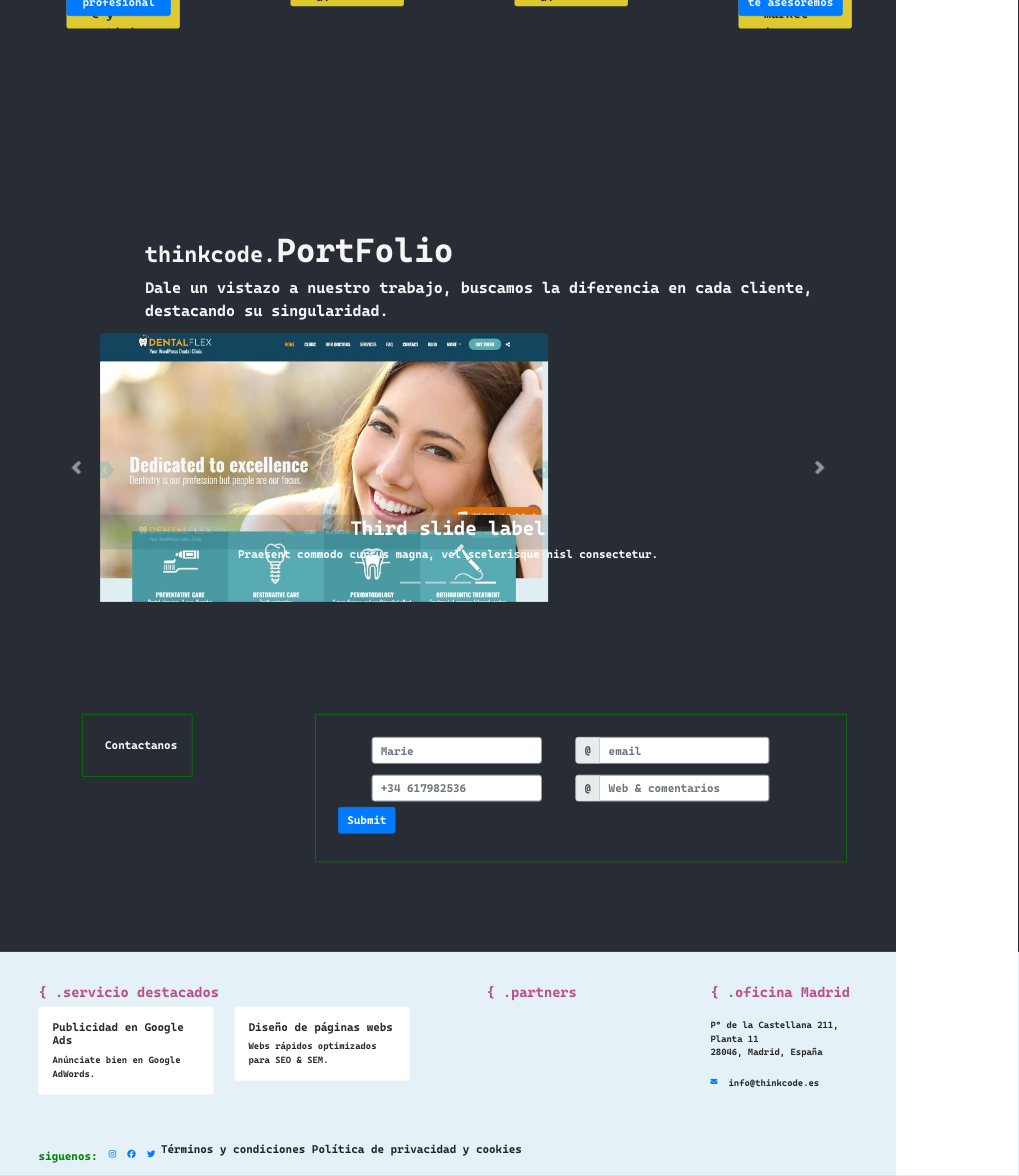
Repository: banchiec/thinkcode
Page: /
These files come from the project's save history. The page is drawn as it stood at one moment and after the next save; the edit follows.
The browser window is 1280 px wide. The page is 1455 px wide, so the pictures cover 1455 px, including what lies to the right of the window. The pictures show the part of the page from y = 1907 to 3587 px (the page is 3587 px tall), at 70% of full size.
Some web libraries are served in a nearby version. The project was rebuilt for these pictures with package versions that can differ from the ones it lists, and the page was loaded fresh each time. Also part of the build but not shown: src/components/MenuItems.js, src/components/Dropdownthink.css, src/components/Dropdownthink.js, src/components/pages/Consulting.js, src/components/pages/ContactUs.js, src/components/pages/Marketing.js, src/components/pages/Products.js, src/components/pages/Services.js and 1 more. Imported but missing from the stored project, and not drawn on this page: src/components/sliderInfo/SliderInfo.

Above is the page before, as saved 2020-11-30 14:56:34.

### public/index.html
<!DOCTYPE html>
<html lang="en">
  <head>
    <meta charset="utf-8" />
    <link rel="icon" href="%PUBLIC_URL%/favicon.ico" />
    <meta name="viewport" content="width=device-width, initial-scale=1" />
    <meta name="theme-color" content="#000000" />
    <meta
      name="description"
      content="Web site created using create-react-app"
    />
    <link rel="apple-touch-icon" href="%PUBLIC_URL%/logo192.png" />

    <!-- fontawesome -->
    <script src="https://kit.fontawesome.com/e7a02c1b14.js" crossorigin="anonymous"></script>
    <!-- jquery -->
    <script src="https://code.jquery.com/jquery-2-2.0.min.js"></script>
    <!--
      manifest.json provides metadata used when your web app is installed on a
      user's mobile device or desktop. See https://developers.google.com/web/fundamentals/web-app-manifest/
    -->
    <link rel="manifest" href="%PUBLIC_URL%/manifest.json" />
    <!--
      Notice the use of %PUBLIC_URL% in the tags above.
      It will be replaced with the URL of the `public` folder during the build.
      Only files inside the `public` folder can be referenced from the HTML.

      Unlike "/favicon.ico" or "favicon.ico", "%PUBLIC_URL%/favicon.ico" will
      work correctly both with client-side routing and a non-root public URL.
      Learn how to configure a non-root public URL by running `npm run build`.
    -->
    <title>React App</title>
  </head>
  <body>
    <noscript>You need to enable JavaScript to run this app.</noscript>
    <div id="root"></div>
    <!--
      This HTML file is a template.
      If you open it directly in the browser, you will see an empty page.

      You can add webfonts, meta tags, or analytics to this file.
      The build step will place the bundled scripts into the <body> tag.

      To begin the development, run `npm start` or `yarn start`.
      To create a production bundle, use `npm run build` or `yarn build`.
    -->


  </body>
</html>

### src/index.css
body {
  margin: 0;
  font-family: -apple-system, BlinkMacSystemFont, 'Segoe UI', 'Roboto', 'Oxygen',
    'Ubuntu', 'Cantarell', 'Fira Sans', 'Droid Sans', 'Helvetica Neue',
    sans-serif;
  -webkit-font-smoothing: antialiased;
  -moz-osx-font-smoothing: grayscale;
}

code {
  font-family: source-code-pro, Menlo, Monaco, Consolas, 'Courier New',
    monospace;
}
@font-face{
  font-family: 'CascadiaCode-Bold';
  src: local('CascadiaCode-Bold'), url(./fonts/CascadiaCode-Bold.ttf)
}

### src/App.js
import './App.css';
// import logo_thinkcode from './logo_thinkcode.png'
import React, {} from 'react'
import 'animate.css'
import Navbarthink from './components/Navbarthink'
import InfoSection from './components/infoSection/InfoSection'
import Pricing from './components/pricing/Pricing'
import Footer from './components/footer/Footer'
import Slide from './components/slide/Slide'
import FormContact from './components/forms/FormContact'
import {BrowserRouter as Router, Switch, Route} from 'react-router-dom'


// import Button  from 'react-bootstrap/Button'
// import 'bootstrap/dist/css/bootstrap.min.css'

// import {Navbar,Button, Nav , NavLink} from 'react-bootstrap'

import Consulting from './components/pages/Consulting'
import ContactUs from './components/pages/ContactUs'
import Home from './components/pages/Home'
import Marketing from './components/pages/Marketing'
import Products from './components/pages/Products'
import Services from './components/pages/Services'
import SignUp from './components/pages/SignUp'
// import InfoSection from './components/infoSection/InfoSection';

function App() {

  // const [click, setClick] = useState(false)
  // const [dropdown, setDropdown] = useState(false)




  return (
    <div className="App">
      <Router>
        <Navbarthink/>
        <Switch>
          <Route path='/consulting' exact component ={Consulting}></Route>
          <Route path='/contact-us' exact component ={ContactUs}></Route>
          <Route path='/' exact component ={Home}></Route>
          <Route path='/marketing' exact component ={Marketing}></Route>
          <Route path='/products' exact component ={Products}></Route>
          <Route path='/services' exact component ={Services}></Route>
          <Route path='/sign-up' exact component ={SignUp}></Route>
        </Switch>
        <InfoSection></InfoSection>
        <Pricing></Pricing>
        <Slide/>
        <FormContact></FormContact>
        <Footer/>
      </Router>

    </div>
  );
}

export default App;

### src/App.css
*{
  box-sizing: border-box;
  margin: 0;
  padding: 0;
  font-family: CascadiaCode-Bold;
  /* background: #282c34 ; */
  /* background: linear-gradient(90deg, rgb(76, 80, 88) 100%, rgb(8, 8, 9) 0%); */
}

.App {
  text-align: center;
  background: #282c34 ;
}

.App-logo {
  height: 40vmin;
  pointer-events: none;
}

.home, .services, .products,.contact-us,.sign-up, .marketing, .consulting{
  display: flex;
  height: 90vh;
  align-items: center;
  justify-content: center;
  font-size: 3rem;
}





@media (prefers-reduced-motion: no-preference) {
  .App-logo {
    animation: App-logo-spin infinite 20s linear;
  }
}

.App-header {
  background-color: #282c34;
  min-height: 100vh;
  display: flex;
  flex-direction: column;
  align-items: center;
  justify-content: center;
  font-size: calc(10px + 2vmin);
  color: white;
}

.App-link {
  color: #61dafb;
}

@keyframes App-logo-spin {
  from {
    transform: rotate(0deg);
  }
  to {
    transform: rotate(360deg);
  }
}

### src/components/Navbarthink.js
import React, { useState} from 'react'
import logo_thinkcode from '../images/logo_thinkcode.png'
// import logo_thinkcode from '../images/logo_thinkcode.png'
import { Buttonthink} from './Buttonthink'
import {Link} from 'react-router-dom'
import './Navbarthink.css'
import Dropdownthink from './Dropdownthink'

export default function Navbarthink(){
    const [click, setClick] = useState(false)
    const [dropdown, setDropdown] = useState(false)

    const handleClick = () => setClick(!click)
    const closeMobileMenu = () => setClick(false)

    const onMouseEnter = () =>{
        if(window.innerWidth < 960) {
        setDropdown(false)
        } else {
        setDropdown(true)
        }
    }
    const onMouseLeave = () =>{
        if(window.innerWidth < 960) {
        setDropdown(false)
        } else {
        setDropdown(false)
        }
    }

    return(
        <>
            <nav className="navbarthink">
                <Link to='/' className="navbar-logo">
                    {/* thinkcode */}
                    <img alt="" src={logo_thinkcode} width="300" height="40"></img>
                </Link>
                <div className='menu-icon' onClick={handleClick}>
                    <i className={click ? 'fas fa-times' : 'fas fa-bars'}
                    />
                </div>
                <ul className={ click ? 'nav-menu active' : 'nav-menu'}>

                    <li className='nav-item'>
                        <Link to='/' className='nav-links' onClick={closeMobileMenu}>
                            Home
                        </Link>
                    </li>
                    <li className='nav-item'
                        onMouseEnter={onMouseEnter}
                        onMouseLeave={onMouseLeave}
                        // onClick={handleClick}
                        >
                        <Link to='/services' className='nav-links' onClick={closeMobileMenu}>
                           Services
                           <i className='fas fa-caret-down' />
                        </Link>
                        {dropdown && <Dropdownthink/>}
                    </li>
                    <li className='nav-item'>
                        <Link to='/products' className='nav-links' onClick={closeMobileMenu}>
                            Products
                        </Link>
                    </li>
                    <li className='nav-item'>
                        <Link to='/contact-us' className='nav-links' onClick={closeMobileMenu}>
                           Contact Us
                        </Link>
                    </li>
                    <li className='nav-item'>
                        <Link to='/sign-up' className='nav-links-mobile' onClick={closeMobileMenu}>
                           Sign up
                        </Link>
                    </li>

                </ul>
                <Buttonthink />
            </nav>
        </>
    )

}

### src/components/infoSection/InfoSection.js
import React from 'react'
// import {AlltextInfoSection} from './AlltextInfoSection'
import imagensvg3 from '../../images/imagensvg3.svg'
import 'bootstrap/dist/css/bootstrap.min.css'
import './infoSection.css'
import {Col, Container,Row,} from 'react-bootstrap'

export default function InfoSection() {

    return (
            <Container fluid  className="content-infoSection">
                <Row>
                    {
                        // AlltextInfoSection.map((item,index) => {
                        //     return (
                        //         <Row>
                        //         <Col  md={6} lg={6} >
                        //             {/* <h1 key={index}>{item.firstTitle}</h1> */}
                        //             <div className="content-text-infoSection">
                        //                 <h2 >{item.firstTitle}<span className="text-title-infoSection animate__animated animate__fadeInLeft animate__delay-1s">{item.secundTitle}</span></h2>
                        //                 <p className="text-infoSection">{item.text}</p>
                        //             </div>
                        //         </Col>
                        //         <Col  md={6} lg={6}  >
                        //             <img  className="imagensvg-infoSection" alt="" src={imagensvg3}></img>
                        //         </Col>
                        //         </Row>
                        //     )
                        // })
                    }

                    <Col  md={6} lg={6} >
                        <div className="content-text-infoSection">
                            <h2 >thinkcode.<span className="text-title-infoSection animate__animated animate__fadeInLeft animate__delay-1s">developers</span></h2>
                            <p className="text-infoSection">Diseño y desarrollo de aplicaciones y páginas web para tu negocio o proyecto.
                            Disfrutamos mucho con lo que hacemos, compruébalo.</p>
                        </div>
                    </Col>
                    <Col  md={6} lg={6}  >
                        <img  className="imagensvg-infoSection" alt="" src={imagensvg3}></img>
                    </Col>

                </Row>

            </Container >
            // <Container fluid  className="content-infoSection">
            //     <Row>
            //         <Col  md={6} lg={6} >
            //             <div className="content-text-infoSection">
            //                 <h2 >thinkcode.<span className="text-title-infoSection animate__animated animate__fadeInLeft animate__delay-1s">developers</span></h2>
            //                 <p className="text-infoSection">Diseño y desarrollo de aplicaciones y páginas web para tu negocio o proyecto.
            //                 Disfrutamos mucho con lo que hacemos, compruébalo.</p>
            //             </div>
            //         </Col>
            //         <Col  md={6} lg={6}  >
            //             <img  className="imagensvg-infoSection" alt="" src={imagensvg3}></img>
            //         </Col>

            //     </Row>

            // </Container >
    )
}

### src/components/forms/FormContact.js
import React from 'react'
import './FormContact.css'
import { Container, Col, Row, Form, InputGroup,Button, FormControl } from 'react-bootstrap'

export default function FormContact() {
    return (
        <div>
            <Container >
                <Row>
                    <Col lg ={4} md={4}>
                        <div className="text-contactanos text-white">
                            Contactanos
                        </div>
                    </Col>
                    <Col lg={8} className ="container-form" md={8}>
                        <Form inline>
                            <Form.Label htmlFor="inlineFormInputName2" className="" srOnly>
                                Name
                            </Form.Label>
                            <Form.Control
                                className="mb-2 mr-sm-5 ml-5"
                                id="inlineFormInputName2"
                                placeholder="Marie"
                            />
                            <Form.Label htmlFor="inlineFormInputGroupUsername2" srOnly>
                                email
                            </Form.Label>
                            <InputGroup className="mb-2 mr-sm-2">
                                <InputGroup.Prepend>
                                <InputGroup.Text>@</InputGroup.Text>
                                </InputGroup.Prepend>
                                <FormControl id="inlineFormInputGroupUsername2" placeholder="email" />
                            </InputGroup>
                        </Form>
                        <Form inline>
                            <Form.Label htmlFor="inlineFormImputName3" srOnly>
                                phone
                            </Form.Label>
                            <Form.Control
                                className="ml-5 "
                                id="inlineFormImputName3"
                                placeholder="+34 617982536"
                            />
                            <Form.Label htmlFor="inlineFormInputGroupUsername3" srOnly>
                                Web & comentarios
                            </Form.Label>
                            <InputGroup className="mb-2 mt-2 mr-sm-2 ml-5">
                                <InputGroup.Prepend>
                                <InputGroup.Text>@</InputGroup.Text>
                                </InputGroup.Prepend>
                                <FormControl id="inlineFormInputGroupUsername3" placeholder="Web & comentarios" />
                            </InputGroup>
                            <Button type="submit" className="mb-2">
                                Submit
                            </Button>

                        </Form>
                    </Col>
                </Row>

            </Container>

        </div>
    )
}

### src/components/pages/Home.js
import React,{useEffect} from 'react'
import '../sliderInfo/SliderInfo'

export default function Home() {

    useEffect(()=>{
    })
    return (
        <div>
            {/* <InfoSection></InfoSection> */}
            {/* <Pricing></Pricing> */}
            {/* <Slide/> */}
            {/* <Footer/> */}

           {/* <h1 className='consulting' >Thinkcode</h1> */}
        </div>
    )
}

### src/components/Buttonthink.js
import React  from 'react'
import './Buttonthink.css'
import {Link} from 'react-router-dom'

export function Buttonthink() {
        return (
            <Link to ='sing-up'>
               <button className='btnthink'>Sign think </button>
            </Link>
        )
}

### src/components/Navbarthink.css
.navbarthink{
  /* background: linear-gradient(9deg, rgb(66, 80, 88) 0%, rgb(8, 8, 9) 100%); */
  background: #282c34;

  height: 80px;
  display: flex;
  justify-content: center;
  align-items: center;
  font-size: 1.2rem;
}

.navbar-logo {
  color: #fff;
  justify-self: start;
  margin-left: 40px;
  cursor: pointer;
  text-decoration: none;
}

.fa-firstdraft {
  margin-left: 0.5rem;
  font-size: 1.6rem;
}

.nav-menu {
  display: grid;
  grid-template-columns: repeat(5, auto);
  grid-gap: 10px;
  list-style: none;
  text-align: center;
  width: 70vw;
  justify-content: end;
  margin-right: 2rem;
}

.nav-item {
  display: flex;
  align-items: center;
  height: 80px;
}

.nav-links {
  color: white;
  text-decoration: none;
  padding: 0.5rem 1rem;
}

.nav-links:hover {
  background-color: #1888ff;
  border-radius: 4px;
  transition: all 0.2s ease-out;
}

.fa-bars {
  color: #fff;
}

.nav-links-mobile {
  display: none;
}

.menu-icon {
  display: none;
}

@media screen and (max-width: 960px) {
  /* .text-propuesta {
    margin-top: 12rem;
  } */

  .fa-caret-down {
    display: none;
  }
  .NavbarItems {
    position: relative;
  }

  .nav-menu {
    display: flex;
    flex-direction: column;
    width: 100%;
    height: 90vh;
    position: absolute;
    top: 80px;
    left: -100%;
    opacity: 1;
    transition: all 0.9s ease;
  }

  .nav-menu.active {
    background: #2a2c30;
    left: 0;
    opacity: 1;
    transition: all 0.5s ease;
    z-index: 1;
  }

  .nav-links {
    text-align: center;
    padding: 2rem;
    width: 100%;
    display: table;
  }

  .nav-links:hover {
    background-color: #1888ff;
    border-radius: 0;
  }

  .navbar-logo {
    position: absolute;
    top: 0;
    left: 0;
    transform: translate(25%, 50%);
  }

  .menu-icon {
    display: block;
    position: absolute;
    top: 0;
    right: 0;
    transform: translate(-100%, 60%);
    font-size: 1.8rem;
    cursor: pointer;
  }

  .fa-times {
    color: #fff;
    font-size: 2rem;
  }

  .nav-links-mobile {
    display: block;
    text-align: center;
    padding: 1.5rem;
    margin: 2rem auto;
    border-radius: 4px;
    width: 80%;
    background: #1888ff;
    text-decoration: none;
    color: #fff;
    font-size: 1.5rem;
  }

  .nav-links-mobile:hover {
    background: #fff;
    color: #1888ff;
    transition: 250ms;
  }

  button {
    display: none;
  }
}

### src/components/infoSection/infoSection.css
.content-infoSection {
    /* padding: 0; */
    margin-top: 150px;
    background: #282c34 ;
    height: 700px;
    /* border: 1px solid rebeccapurple; */
}
.content-text-infoSection {
    margin-left: 12rem;
    margin-top: 8rem;
    text-align: start;
    /* border: 0; */
    /* padding: 0; */
    /* border: 1px solid whitesmoke; */
    color: whitesmoke;
}
.imagensvg-infoSection {
    padding: 0;
    /* border-right: 5px; */
    width: 800px;

}
.text-title-infoSection{
    font-size: 3rem;
    /* size: 12px; */
}
.text-infoSection {
    font-size: 22px;
}
@media screen and (max-width: 960px) {
    .content-infoSection {
        margin-top: 0px;
    }
    .text-infoSection{
        margin-top: 3rem;
        margin-left: 1rem;
        margin-right: 1rem;
    }
    .imagensvg-infoSection{
        margin-top: 5rem;
        width: 500px;
    }
    .content-text-infoSection {
        margin-left: 1rem;
    }
    .text-propuesta {
        margin-top: 15rem;
    }

}

### src/components/pricing/Pricing.css
.container-pricing {
    /* background-color: whitesmoke; */
    /* border: 1px solid white; */
    /* height:  800px; */
    background: linear-gradient(90deg, rgb(76, 80, 88) 100%, rgb(66, 66 66) 0%);
    /* z-index: -1; */
}
.container-card{
    padding-top: 4rem;
    align-content: center;
    padding: auto;
    text-align: start;
    /* height: 600px; */
    /* background-color: violet; */
    /* color: transparent; */
}
.card-pricing {
    /* width: 34rem; */
    margin-left: 5rem;
    background: #deca30;
    /* background: #3b4454; */
    /* background: linear-gradient(90deg, rgb(224, 242, 241) 0%, rgb(255, 255, 255) 100%); */
    margin-right: 3rem;
    height: 52rem;
}
.card-left {
    margin-top: 4rem;
}
.card-right {
    margin-top: 4rem;
}
.card-button {
    /* margin-top: 3rem; */
    /* margin-left: 13rem; */
    position: absolute;
    right: 13px;
    bottom: 18px;
    color: whitesmoke;
}
.text-card {
    padding-top: 1.5rem;
    padding-left: 1rem;
    padding-right: 2.5rem;
    color: #282c34;
    font-size: 18px;
}
.image-pricing {
    height: 15rem;
    width: 80%;
    align-self: center;
}
.title-card {
    /* padding-top: 0.2rem; */
    padding-left: 1rem;
    color: #282c34;
    font-size: 28px;
}
.text-propuesta {
    margin: 0 0.5rem;
    animation: bounce;
    animation-duration: 2s;
    color: whitesmoke;
    font-size: 3rem;
}

@media screen and (max-width: 960px){
    .text-propuesta{
        margin-top: 12rem;
    }
}

### src/components/footer/Footer.css
.container-footer {
    border: 0;
    /* padding: 0; */
    /* border: 1px solid green; */
    height: auto;
    background: #e4f1f7;
}
.card{
    /* padding-bottom: 22px; */
    border: 0;
    /* background: white; */
    text-align: left;
    font-size: small;
    width: auto;
    /* background: #deca30; */
}
.card-footer {
    padding-top: 10px;
    padding-bottom: 22px;
    border: 0;
    color: #282a28;
    background: #e4f1f7;
}
.text-card-footer  {
    padding: 0;
    margin-top: 1.5rem;
    font-size: small;
    text-align: start;
}
.title-footer{
    text-align: left;
    font-size: medium;
}
.title-card-footer {
    margin-top: 1rem;
    text-align: left;
    color: #bc4f88;
}
.pin-ic{
    margin-top: 12px;
    margin: 8px;
    position:center;
}

.pin-ic-enveloped{
    margin-top: 12px;
    /* margin: 8px; */
    margin-right: 1rem;
    position:center;
}
.iconos-redes-sociales{
    position: relative;
    margin-left: 2.5rem;
}
.text-siguenos{
    margin-top: 10px;
    margin-right: 8px;
    color: green;

}

### src/components/slide/Slide.css
.container-slider {
    margin-top: 10rem;
    border-top: 5rem;
    margin-bottom: 5rem;
}
.d-block {
    margin-left: 8rem;
    width: 40rem;
    height: 24rem;
    /* border:1px solid green; */
}

.container-secundary-slider .d-block {
    width: 20rem;
    height: 12rem;
    margin-left: 2rem;


}
.carousel-large {
    width: 100%;
}
@media screen and (max-width: 960px) {
    .d-block {
        margin-left: auto;
    }

}

### src/components/forms/FormContact.css
.container-form {
    border:1px solid green;
    /* margin: 5rem; */
    margin-top: 5rem;
    margin-bottom: 8rem;
    padding: 2rem;

    /* margin-left: 10rem; */
}
.text-contactanos {
    border: 1px solid green;
    padding: 2rem;
    margin-right: 10rem ;
    margin-left: 2rem;
    margin-top: 5rem;
            size: 4rem;

}

### src/components/Buttonthink.css
:root{
    --primary: #1888ff;
}
.btnthink{
    padding: 8px 20px;
    border-radius: 4px;
    outline: none;
    border: none;
    font-size: 18px;
    color: #fff;
    cursor: pointer;
    background-color: var(--primary);
}
.btnthink:hover {
    padding: 6px 18px;
    transition: all 1.5s ease-out;
    background-color: transparent;
    color: #2a2a2a;
    border-radius: 4px;
    border: 2px solid var(--primary)
}

Loaded but not shown: src/index.js (common file); src/components/footer/Footer.js (102 lines, source omitted); src/components/pricing/Pricing.js (84 lines, source omitted); src/components/slide/Slide.js (84 lines, source omitted)

After the next save:
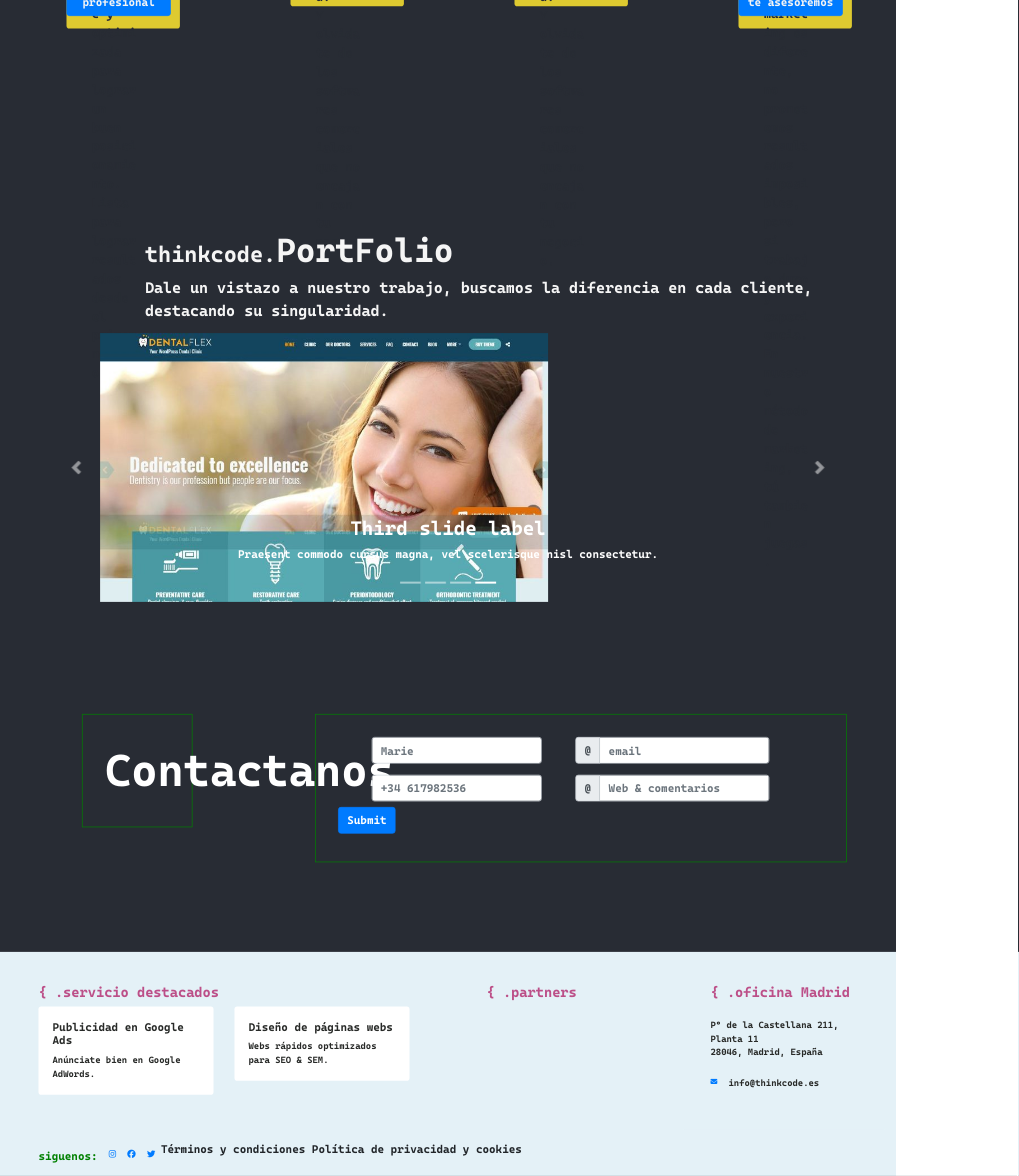
Saved 10 s later.
--- a/src/components/forms/FormContact.css
+++ b/src/components/forms/FormContact.css
@@ -13,6 +13,6 @@
     margin-right: 10rem ;
     margin-left: 2rem;
     margin-top: 5rem;
-            size: 4rem;
+    font-size: 4rem;
 
 }
